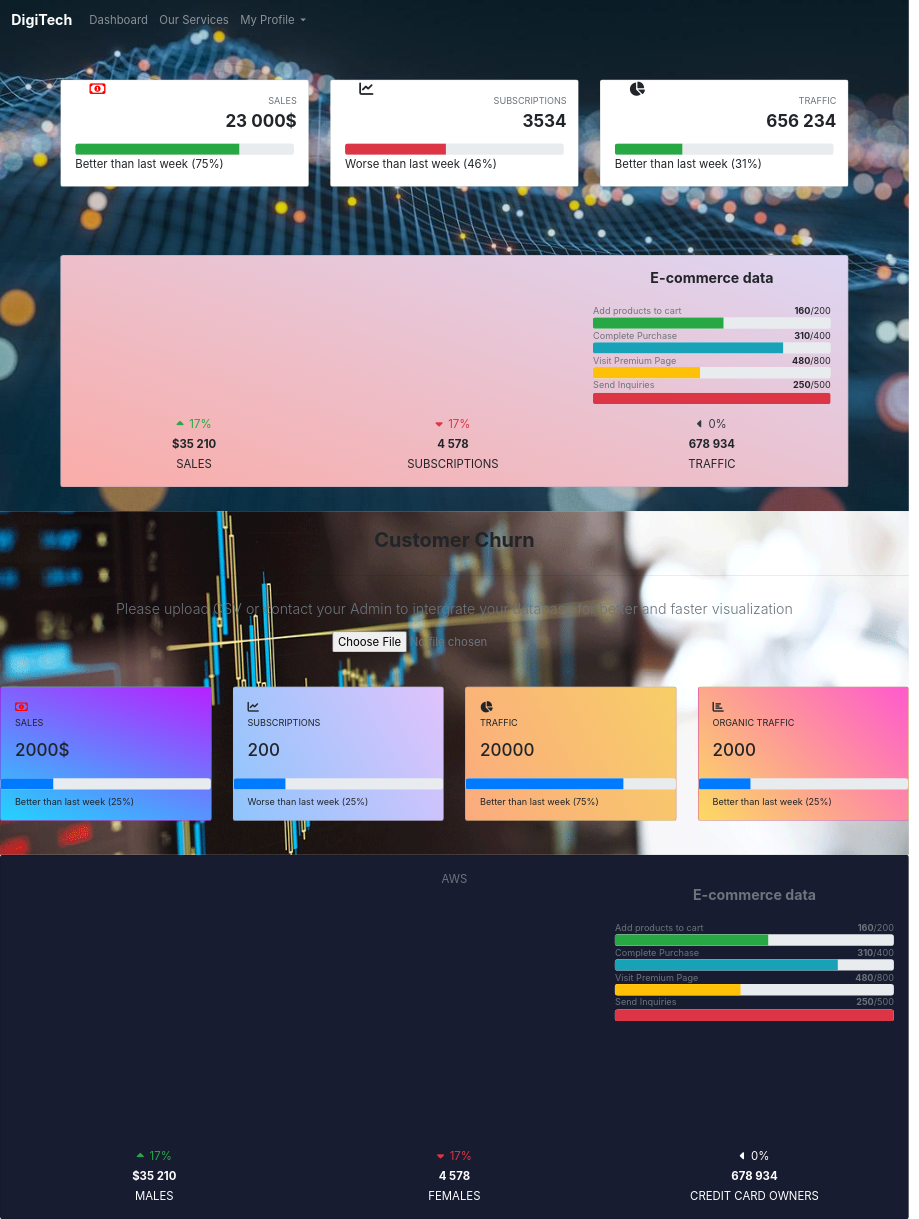
Repository: Tookliin/DigiTech
Page: /data
The author's editor kept a copy of each file at every save. The page is drawn from the files as they stood at one save, then again after the next save.
The browser window is 1280 px wide. The page is 1295 px wide, so the pictures cover 1295 px, including what lies to the right of the window. The pictures show the whole page, at 71% of full size.
The project was rebuilt for these pictures with package versions that can differ from the ones it lists, and the page was loaded fresh each time. Also part of the build but not shown: src/components/Dashboard.vue, src/components/Profile.vue, src/components/Error.vue, src/components/Register.vue.

Above is the page before, as saved 2020-07-22 08:36:48.

### src/main.js
import Vue from 'vue';
import App from './App.vue';
import VueRouter from 'vue-router';
// import 'bootstrap-icons';
// import 'bootstrap-icons/icons';
import 'jquery';
import 'popper.js';
import 'bootstrap';
import 'bootstrap/dist/css/bootstrap.min.css';
import './assets/css/main.css';
import '@fortawesome/fontawesome-free/css/all.min.css';
import 'bootstrap-css-only/css/bootstrap.min.css';
import Dashboard from './components/Dashboard.vue';
import Profile from './components/Profile';
import Error from './components/Error.vue';
import Register from './components/Register.vue';
import Organization from './components/Organization.vue';

Vue.use(VueRouter);
Vue.config.productionTip = false

const router = new VueRouter({
routes: [
  {path: '/', component: Dashboard},
  {path: '/profile', component: Profile},
  {path: '/register', component: Register},
  {path: '/data', component: Organization},
  {path: '*', component: Error}
],
mode: 'history'
});
new Vue({
  router,
  render: h => h(App)
}).$mount('#app');

### src/App.vue
<template>
  <div id="app">
    <main class="">
  <nav class="navbar fixed-top navbar-expand-lg navbar-dark scrolling-navbar">
        <a class="navbar-brand" href="/"><strong>DigiTech</strong></a>
        <button class="navbar-toggler" type="button" data-toggle="collapse" data-target="#navbarSupportedContent" aria-controls="navbarSupportedContent" aria-expanded="false" aria-label="Toggle navigation">
            <span class="navbar-toggler-icon"></span>
        </button>
        <div class="collapse navbar-collapse" id="navbarSupportedContent">
            <ul class="navbar-nav mr-auto">
              <router-link to="/">
              <a class="nav-link">Dashboard <span class="sr-only">(current)</span></a></router-link>

                <router-link to="/profile">
                  <a class="nav-link" >Our Services</a>
                </router-link>


                 <li class="nav-item dropdown">
          <a class="nav-link dropdown-toggle" id="navbarDropdownMenuLink-4" data-toggle="dropdown" aria-haspopup="true"
            aria-expanded="false">
           My Profile
          </a>
          <div class="dropdown-menu dropdown-menu-right dropdown-info" aria-labelledby="navbarDropdownMenuLink-4">
             <router-link to="/data">
             <a class="dropdown-item">Account</a></router-link>

             <router-link to="/register">
             <a class="dropdown-item">Register</a></router-link>

             <router-link to="/logout">
             <a class="dropdown-item">Log out</a></router-link>



            <!-- <a class="dropdown-item" href="/data">Our Clients</a> -->
          </div>
        </li>
            </ul>
        </div>
    </nav>
    </main>
    <router-view/>
  </div>
</template>
<script>
export default {
  name: "App",
  components:{

  },
  data(){
    return{}
  }
}
</script>

### src/assets/css/main.css
html,
body,
header,
.view {
  height: 100%;
}

.navbar {
    background-color: transparent;
}

@media (max-width: 740px) {
  html,
  body,
  header,
  .view {
    height: 1200px;
  }
}
@media (min-width: 800px) and (max-width: 850px) {
  html,
  body,
  header,
  .view {
    height: 700px;
  }
}

.top-nav-collapse {
  background-color: #39448c !important;
}

.navbar:not(.top-nav-collapse) {
  background: transparent !important;
}

@media (max-width: 991px) {
 .navbar:not(.top-nav-collapse) {
  background: #39448c !important;
 }
}

.far{
    color: red;
}

.dashboard{
    background-color: #21D4FD;
background-image: -webkit-linear-gradient(19deg, #21D4FD 0%, #B721FF 100%);
background-image: -moz-linear-gradient(19deg, #21D4FD 0%, #B721FF 100%);
background-image: -o-linear-gradient(19deg, #21D4FD 0%, #B721FF 100%);
background-image: linear-gradient(19deg, #21D4FD 0%, #B721FF 100%);
}

.profile{
background-color: #D9AFD9;
background-image: -webkit-linear-gradient(0deg, #D9AFD9 0%, #97D9E1 100%);
background-image: -moz-linear-gradient(0deg, #D9AFD9 0%, #97D9E1 100%);
background-image: -o-linear-gradient(0deg, #D9AFD9 0%, #97D9E1 100%);
background-image: linear-gradient(0deg, #D9AFD9 0%, #97D9E1 100%);

}


 .data{
    /* background-color: #FAACA8;
background-image: -webkit-linear-gradient(19deg, #FAACA8 0%, #DDD6F3 100%);
background-image: -moz-linear-gradient(19deg, #FAACA8 0%, #DDD6F3 100%);
background-image: -o-linear-gradient(19deg, #FAACA8 0%, #DDD6F3 100%);
background-image: linear-gradient(19deg, #FAACA8 0%, #DDD6F3 100%); */
background-image: url("../images/dsa.jpg");
background-position: center;
background-size: cover;;

 }

 .client-card{
     background-color: #FAACA8;
background-image: -webkit-linear-gradient(19deg, #FAACA8 0%, #DDD6F3 100%);
background-image: -moz-linear-gradient(19deg, #FAACA8 0%, #DDD6F3 100%);
background-image: -o-linear-gradient(19deg, #FAACA8 0%, #DDD6F3 100%);
background-image: linear-gradient(19deg, #FAACA8 0%, #DDD6F3 100%);
 }

 .customer-churn{
     /* background-attachment: fixed; */
     background-image: url("../images/ad.gif");
     background-position: center;
     background-size: cover;;
 }
.sales{
    background-color: #21D4FD;
    background-image: -webkit-linear-gradient(19deg, #21D4FD 0%, #B721FF 100%);
    background-image: -moz-linear-gradient(19deg, #21D4FD 0%, #B721FF 100%);
    background-image: -o-linear-gradient(19deg, #21D4FD 0%, #B721FF 100%);
    background-image: linear-gradient(19deg, #21D4FD 0%, #B721FF 100%);
}

.subscription{
    background-color: #8EC5FC;
    background-image: -webkit-linear-gradient(62deg, #8EC5FC 0%, #E0C3FC 100%);
    background-image: -moz-linear-gradient(62deg, #8EC5FC 0%, #E0C3FC 100%);
    background-image: -o-linear-gradient(62deg, #8EC5FC 0%, #E0C3FC 100%);
    background-image: linear-gradient(62deg, #8EC5FC 0%, #E0C3FC 100%);

}

.traffic{
    background-color: #FBAB7E;
    background-image: -webkit-linear-gradient(62deg, #FBAB7E 0%, #F7CE68 100%);
    background-image: -moz-linear-gradient(62deg, #FBAB7E 0%, #F7CE68 100%);
    background-image: -o-linear-gradient(62deg, #FBAB7E 0%, #F7CE68 100%);
    background-image: linear-gradient(62deg, #FBAB7E 0%, #F7CE68 100%);

}

.organic{
    background-color: #FBDA61;
    background-image: -webkit-linear-gradient(45deg, #FBDA61 0%, #FF5ACD 100%);
    background-image: -moz-linear-gradient(45deg, #FBDA61 0%, #FF5ACD 100%);
    background-image: -o-linear-gradient(45deg, #FBDA61 0%, #FF5ACD 100%);
    background-image: linear-gradient(45deg, #FBDA61 0%, #FF5ACD 100%);

}

### src/components/Organization.vue
<template>

<div class="">
<div class="data" style="height: 100vh;">

<div class="container ">
    <div class="row">
      <div class="col-lg-4 col-md-12 py-5 my-5">
        <div class="card mt-3">

          <div class="">
            <i class="far fa-money-bill-alt fa-lg primary-color z-depth-2 p-4 ml-3 mt-n3 rounded text-black"></i>
            <div class="float-right text-right p-3">
              <p class="text-uppercase text-muted mb-1"><small>sales</small></p>
              <h4 class="font-weight-bold mb-0">23 000$</h4>
            </div>
          </div>

          <div class="card-body pt-0">
            <div class="progress md-progress">
              <div class="progress-bar bg-success" role="progressbar" style="width: 75%" aria-valuenow="75" aria-valuemin="0"
                aria-valuemax="100"></div>
            </div>
            <p class="card-text">Better than last week (75%)</p>
          </div>
        </div>
      </div>

      <div class="col-lg-4 col-md-6 my-5 py-5">
        <div class="card mt-3">
          <div class="">
            <i class="fas fa-chart-line fa-lg teal z-depth-2 p-4 ml-3 mt-n3 rounded text-black"></i>
            <div class="float-right text-right p-3">
              <p class="text-uppercase text-muted mb-1"><small>subscriptions</small></p>
              <h4 class="font-weight-bold mb-0">3534</h4>
            </div>
          </div>
          <div class="card-body pt-0">
            <div class="progress md-progress">
              <div class="progress-bar bg-danger" role="progressbar" style="width: 46%" aria-valuenow="46" aria-valuemin="0"
                aria-valuemax="100"></div>
            </div>
            <p class="card-text">Worse than last week (46%)</p>
          </div>
        </div>
      </div>

      <div class="col-lg-4 col-md-6 my-5 py-5">
        <div class="card mt-3">
          <div class="">
            <i class="fas fa-chart-pie fa-lg purple z-depth-2 p-4 ml-3 mt-n3 rounded text-black"></i>
            <div class="float-right text-right p-3">
              <p class="text-uppercase text-muted mb-1"><small>traffic</small></p>
              <h4 class="font-weight-bold mb-0">656 234</h4>
            </div>
          </div>
          <div class="card-body pt-0">
            <div class="progress md-progress">
              <div class="progress-bar bg-success" role="progressbar" style="width: 31%" aria-valuenow="31" aria-valuemin="0"
                aria-valuemax="100"></div>
            </div>
            <p class="card-text">Better than last week (31%)</p>
          </div>
        </div>
      </div>
    </div>


    <!-- Client Behaviour -->
 <section>
      <div class=" client-card card">
        <div class="card-body mr-md-1">
          <div class="row mb-3">
            <div class="col-md-8 mb-4">
              <canvas id="barChart" height="100"></canvas>
            </div>
            <div class="col-md-4 mb-1 mb-md-0">
              <h5 class="text-center font-weight-bold mb-4">E-commerce data</h5>
              <div class="d-flex justify-content-between">
                <small class="text-muted">Add products to cart</small>
                <small><span><strong>160</strong></span>/<span></span>200</small>
              </div>
              <div class="progress md-progress">
                <div class="progress-bar bg-success" role="progressbar" style="width: 55%" aria-valuenow="55"
                  aria-valuemin="0" aria-valuemax="100"></div>
              </div>
              <div class="d-flex justify-content-between">
                <small class="text-muted">Complete Purchase</small>
                <small><span><strong>310</strong></span>/<span></span>400</small>
              </div>
              <div class="progress md-progress">
                <div class="progress-bar bg-info" role="progressbar" style="width: 80%" aria-valuenow="80"
                  aria-valuemin="0" aria-valuemax="100"></div>
              </div>
              <div class="d-flex justify-content-between">
                <small class="text-muted">Visit Premium Page</small>
                <small><span><strong>480</strong></span>/<span></span>800</small>
              </div>
              <div class="progress md-progress">
                <div class="progress-bar bg-warning" role="progressbar" style="width: 45%" aria-valuenow="45"
                  aria-valuemin="0" aria-valuemax="100"></div>
              </div>
              <div class="d-flex justify-content-between">
                <small class="text-muted">Send Inquiries</small>
                <small><span><strong>250</strong></span>/<span></span>500</small>
              </div>
              <div class="progress md-progress">
                <div class="progress-bar bg-danger" role="progressbar" style="width: 100%" aria-valuenow="100"
                  aria-valuemin="0" aria-valuemax="100"></div>
              </div>
            </div>
          </div>
          <div class="row text-center">
            <div class="col-md-4 mb-4 mb-md-0">
              <p class="text-success mb-1"><i class="fas fa-caret-up mr-2"></i>17%</p>
              <p class="font-weight-bold mb-1">$35 210</p>
              <p class="text-uppercase mb-md-0">Sales</p>
            </div>
            <div class="col-md-4 mb-4 mb-md-0">
              <p class="text-danger mb-1"><i class="fas fa-caret-down mr-2"></i>17%</p>
              <p class="font-weight-bold mb-1">4 578</p>
              <p class="text-uppercase mb-md-0">Subscriptions</p>
            </div>
            <div class="col-md-4 mb-0">
              <p class="text-dark mb-1"><i class="fas fa-caret-left mr-2"></i>0%</p>
              <p class="font-weight-bold mb-1">678 934</p>
              <p class="text-uppercase mb-0">Traffic</p>
            </div>
          </div>
        </div>
      </div>
    </section>
    </div>
    </div>

<!-- Customer Churn -->
<section class=" customer-churn py-4">

    <h3 class="font-weight-bold text-center dark-grey-text pb-2">
        Customer Churn</h3>
    <hr class="w-header my-4">
    <p class="lead text-center text-muted pt-2 mb-3">Please upload CSV or contact your Admin to intergrate your database for better and faster visualization

    </p>
    <div class="text-center text-muted mb-5">
        <input type="file" name="form" id="form">
        <a class="primary-color"></a>
    </div>


    <div class="row white-text">
      <div class="col-xl-3 col-md-6 mb-4">
        <div class="sales card classic-admin-card primary-color">
          <div class="card-body py-3">
            <i class="far fa-money-bill-alt"></i>
            <p class="small">SALES</p>
            <h4>2000$</h4>
          </div>
          <div class="progress md-progress">
            <div class="progress-bar grey darken-3" role="progressbar" style="width: 25%" aria-valuenow="25" aria-valuemin="0" aria-valuemax="100"></div>
          </div>
          <div class="card-body pt-2 pb-3">
            <p class="small mb-0">Better than last week (25%)</p>
          </div>
        </div>
      </div>

      <div class="col-xl-3 col-md-6 mb-4">
        <div class="subscription card classic-admin-card warning-color">
          <div class="card-body py-3">
            <i class="fas fa-chart-line"></i>
            <p class="small">SUBSCRIPTIONS</p>
            <h4>200</h4>
          </div>
          <div class="progress md-progress">
            <div class="progress-bar bg grey darken-3" role="progressbar" style="width: 25%" aria-valuenow="25" aria-valuemin="0" aria-valuemax="100"></div>
          </div>
          <div class="card-body pt-2 pb-3">
            <p class="small mb-0">Worse than last week (25%)</p>
          </div>
        </div>
      </div>

      <div class="col-xl-3 col-md-6 mb-4">
        <div class="traffic card classic-admin-card light-blue lighten-1">
          <div class="card-body py-3">
            <i class="fas fa-chart-pie"></i>
            <p class="small">TRAFFIC</p>
            <h4>20000</h4>
          </div>
          <div class="progress md-progress">
            <div class="progress-bar grey darken-3" role="progressbar" style="width: 75%" aria-valuenow="75" aria-valuemin="0" aria-valuemax="100"></div>
          </div>
          <div class="card-body pt-2 pb-3">
            <p class="small mb-0">Better than last week (75%)</p>
          </div>
        </div>
      </div>

      <div class="col-xl-3 col-md-6 mb-4">
        <div class="organic card classic-admin-card red accent-2">
          <div class="card-body py-3">
            <i class="fas fa-chart-bar"></i>
            <p class="small">ORGANIC TRAFFIC</p>
            <h4>2000</h4>
          </div>
          <div class="progress md-progress">
            <div class="progress-bar grey darken-3" role="progressbar" style="width: 25%" aria-valuenow="25" aria-valuemin="0" aria-valuemax="100"></div>
          </div>
          <div class="card-body pt-2 pb-3">
            <p class="small mb-0">Better than last week (25%)</p>
          </div>
        </div>
      </div>
    </div>
  </section>


   <section>

    <div class="card" style="background-color: #181C30;">
      <div class="card-body">

            <div class="text-center text-muted mb-5">

                <a class="primary-color">AWS</a>
                     <div class="row text-center  mb-3">
            <div class="col-md-8 mb-4">
              <canvas id="barChart" height="100"></canvas>
            </div>
            <div class="col-md-4 mb-1 mb-md-0">
              <h5 class="text-center font-weight-bold mb-4">E-commerce data</h5>
              <div class="d-flex justify-content-between">
                <small class="text-muted">Add products to cart</small>
                <small><span><strong>160</strong></span>/<span></span>200</small>
              </div>
              <div class="progress md-progress">
                <div class="progress-bar bg-success" role="progressbar" style="width: 55%" aria-valuenow="55"
                  aria-valuemin="0" aria-valuemax="100"></div>
              </div>
              <div class="d-flex justify-content-between">
                <small class="text-muted">Complete Purchase</small>
                <small><span><strong>310</strong></span>/<span></span>400</small>
              </div>
              <div class="progress md-progress">
                <div class="progress-bar bg-info" role="progressbar" style="width: 80%" aria-valuenow="80"
                  aria-valuemin="0" aria-valuemax="100"></div>
              </div>
              <div class="d-flex justify-content-between">
                <small class="text-muted">Visit Premium Page</small>
                <small><span><strong>480</strong></span>/<span></span>800</small>
              </div>
              <div class="progress md-progress">
                <div class="progress-bar bg-warning" role="progressbar" style="width: 45%" aria-valuenow="45"
                  aria-valuemin="0" aria-valuemax="100"></div>
              </div>
              <div class="d-flex justify-content-between">
                <small class="text-muted">Send Inquiries</small>
                <small><span><strong>250</strong></span>/<span></span>500</small>
              </div>
              <div class="progress md-progress">
                <div class="progress-bar bg-danger" role="progressbar" style="width: 100%" aria-valuenow="100"
                  aria-valuemin="0" aria-valuemax="100"></div>
              </div>
            </div>
          </div>
                </div>



        <canvas id="lineChart" class="mb-4" height="100"></canvas>

        <!--Grid row-->
        <div class="row text-center text-white">


          <!--Grid column-->
          <div class="col-md-4 mb-4 mb-md-0">

            <p class="text-success mb-1"><i class="fas fa-caret-up mr-2"></i>17%</p>
            <p class="font-weight-bold mb-1">$35 210</p>
            <p class="text-uppercase mb-md-0">Males</p>

          </div>
          <!--Grid column-->

          <!--Grid column-->
          <div class="col-md-4 mb-4 mb-md-0">

            <p class="text-danger mb-1"><i class="fas fa-caret-down mr-2"></i>17%</p>
            <p class="font-weight-bold mb-1">4 578</p>
            <p class="text-uppercase mb-md-0">Females</p>

          </div>
          <!--Grid column-->

          <!--Grid column-->
          <div class="col-md-4 mb-0">

            <p class="text-grey mb-1"><i class="fas fa-caret-left mr-2"></i>0%</p>
            <p class="font-weight-bold mb-1">678 934</p>
            <p class="text-uppercase mb-0">Credit Card Owners</p>
          </div>
        </div>

      </div>
    </div>
  </section>


    </div>
</template>
<script>
export default {
    name: 'Profile',
    props:{


    }, data() {
        return {
            male: 8137,
            labels: ["Red", "Blue", "Yellow", "Green", "Purple", "Orange"],




        }
    },
    mounted() {

    this.ctxB = document.getElementById("barChart").getContext('2d');
    this.myBarChart =  {
      type: 'bar',
      data: {
        labels: ["Red", "Blue", "Yellow", "Green", "Purple", "Orange"],
        datasets: [{
          label: '# of Votes',
          data: [12, 19, 3, 5, 2, 3],
          backgroundColor: [
            'rgba(255, 99, 132, 0.2)',
            'rgba(54, 162, 235, 0.2)',
            'rgba(255, 206, 86, 0.2)',
            'rgba(75, 192, 192, 0.2)',
            'rgba(153, 102, 255, 0.2)',
            'rgba(255, 159, 64, 0.2)'
          ],
          borderColor: [
            'rgba(255,99,132,1)',
            'rgba(54, 162, 235, 1)',
            'rgba(255, 206, 86, 1)',
            'rgba(75, 192, 192, 1)',
            'rgba(153, 102, 255, 1)',
            'rgba(255, 159, 64, 1)'
          ],
          borderWidth: 1
        }]
      },
      options: {
        scales: {
          yAxes: [{
            ticks: {
              beginAtZero: true
            }
          }]
        }
      }
    };
    },
    methods: {

    },
}
</script>

Loaded but not shown: public/index.html (common file)

After the next save:
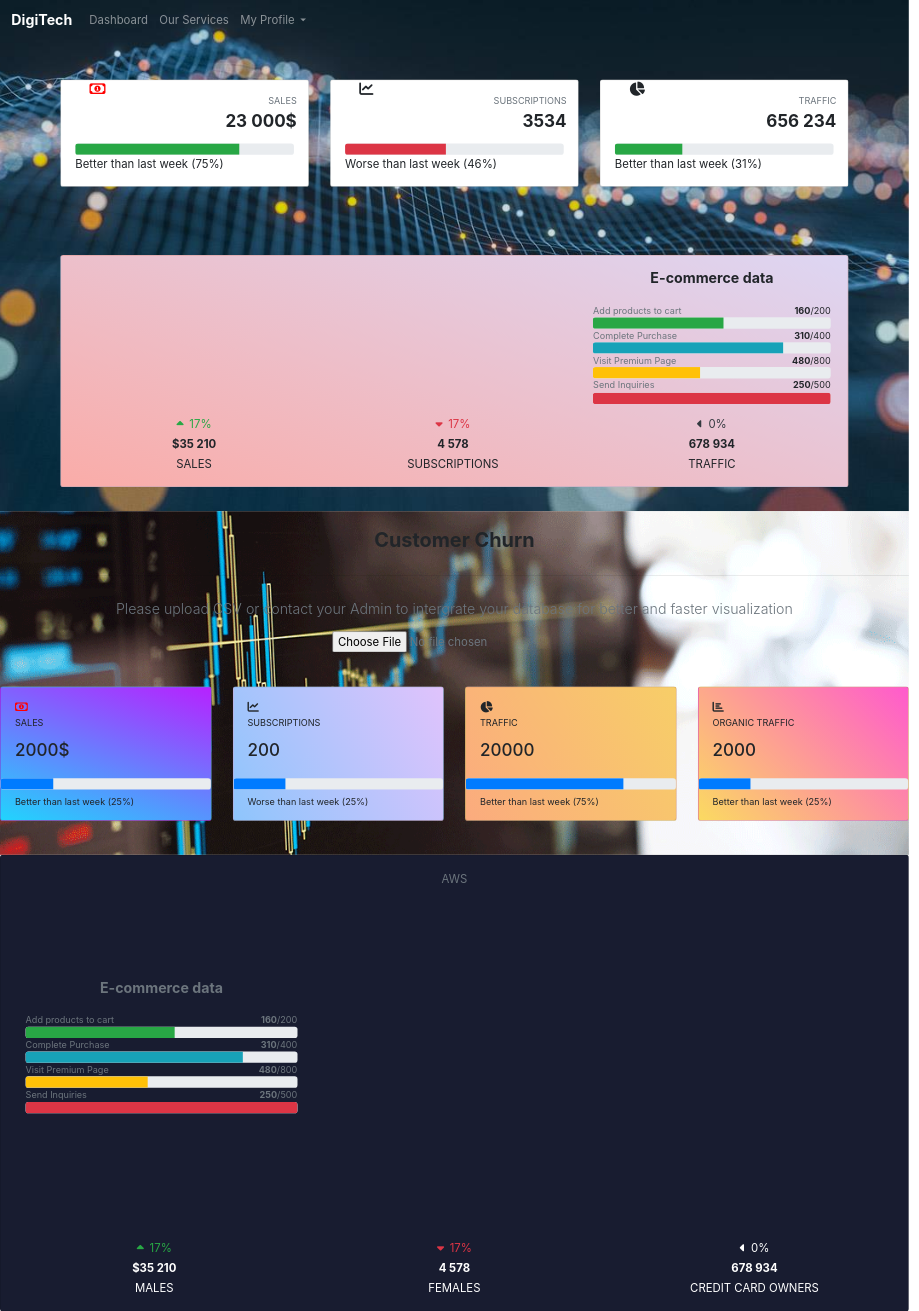
Saved 31 s later.
--- a/src/components/Organization.vue
+++ b/src/components/Organization.vue
@@ -224,7 +224,7 @@
             <div class="text-center text-muted mb-5">
 
                 <a class="primary-color">AWS</a>
-                     <div class="row text-center  mb-3">
+                     <div class=" mb-3">
             <div class="col-md-8 mb-4">
               <canvas id="barChart" height="100"></canvas>
             </div>
